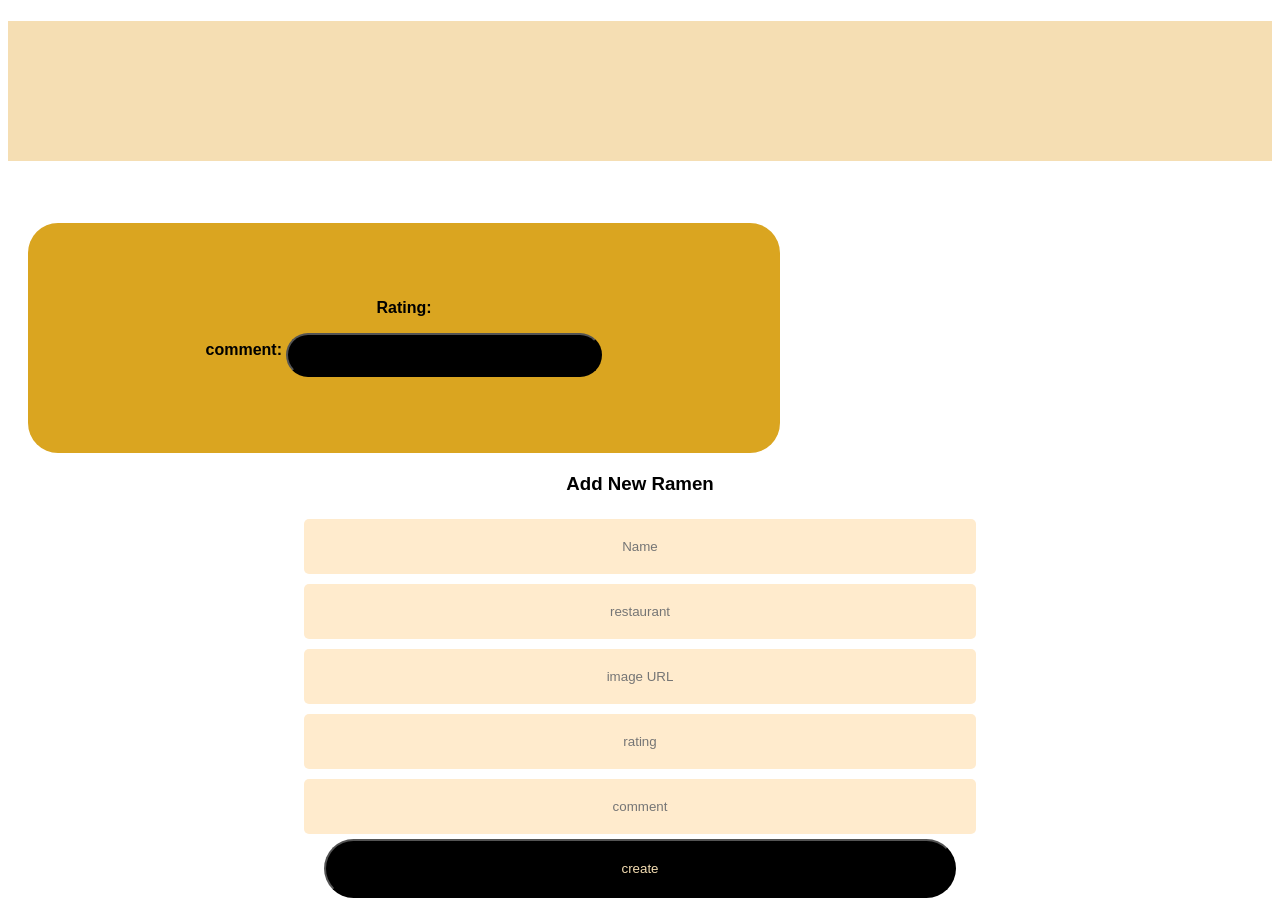
Repository: travinne/travthegr88
Page: code/ramen-rating-app/index.html
These files come from the project's save history. The page is drawn as it stood at one moment and after the next save; the edit follows.
The browser window is 1280 px wide. The pictures show the whole page.

Above is the page before, as saved 2025-03-18 12:14:12.

After the next save:
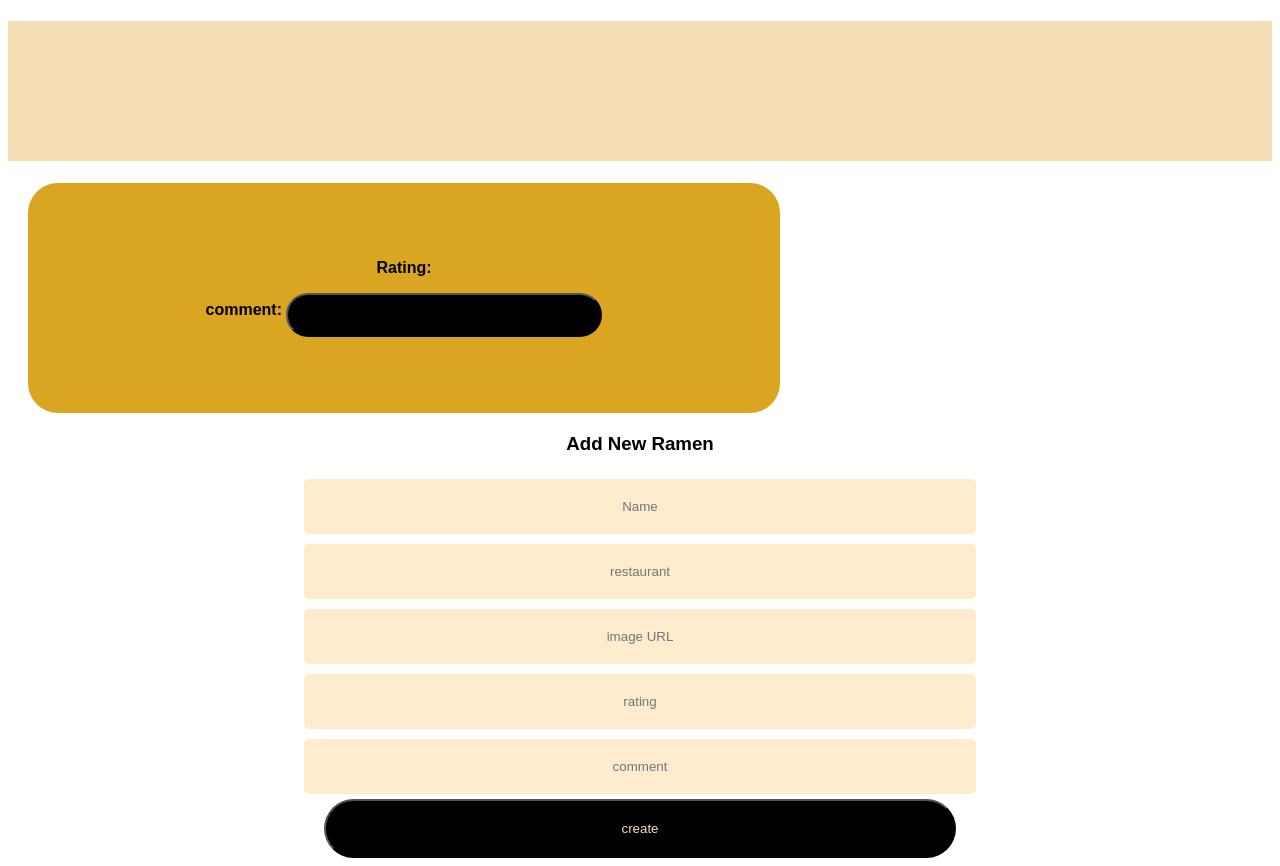
Saved 37 min 43 s later.
--- a/code/ramen-rating-app/index.html
+++ b/code/ramen-rating-app/index.html
@@ -11,7 +11,7 @@
 
         <h1 id="title"></h1>
        <div id="main">
-        <div id="ramen-menu">
+        <div id="myImg">
         </div>
         <div >
             <form id="edit-ramen-form">
